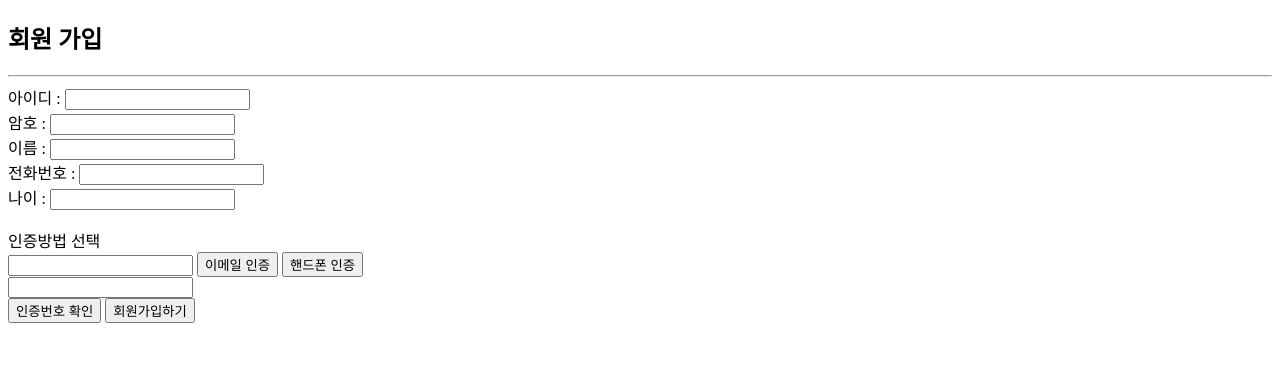
Repository: 0hmuse/day0330-2
Page: day0330-1/src/main/resources/static/test.html
The author's editor kept a copy of each file at every save. The page is drawn from the files as they stood at one save, then again after the next save.
The browser window is 1280 px wide. The pictures show the whole page.

Above is the page before, as saved 2020-03-30 12:26:51.

After the next save:
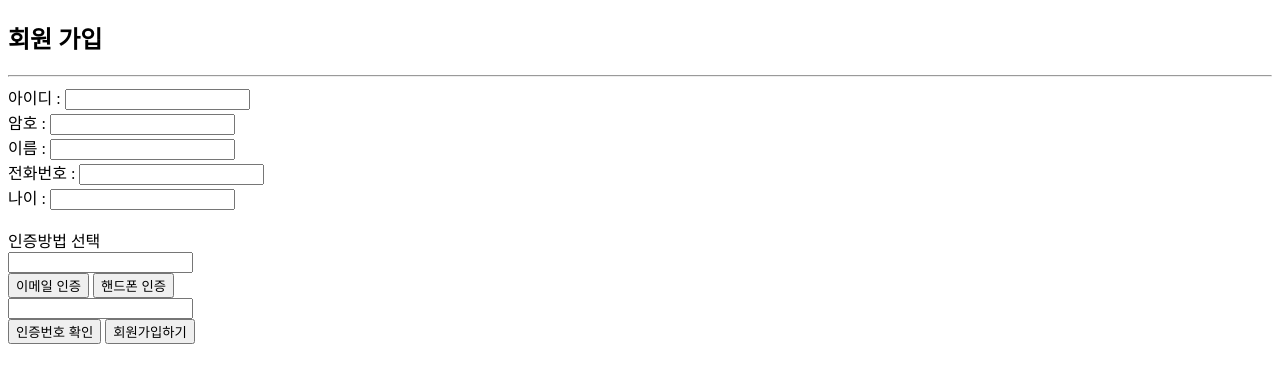
Saved 16 s later.
--- a/day0330-1/src/main/resources/static/test.html
+++ b/day0330-1/src/main/resources/static/test.html
@@ -57,7 +57,6 @@ $("#btn_email").click(function(){
 		인증방법 선택<br>
 
 		<form id="g">
-			<div id="check">
 				<input type='text' id='in1' name='in1'>
 		</form>
 				<button id="btn_email">이메일 인증</button>
@@ -66,7 +65,6 @@ $("#btn_email").click(function(){
 
 		<form id="h">
 				<input type='text' id='in2' name='in2'>
-			</div>
 		</form>
 				<button id='ebc2'>인증번호 확인</button>
 
